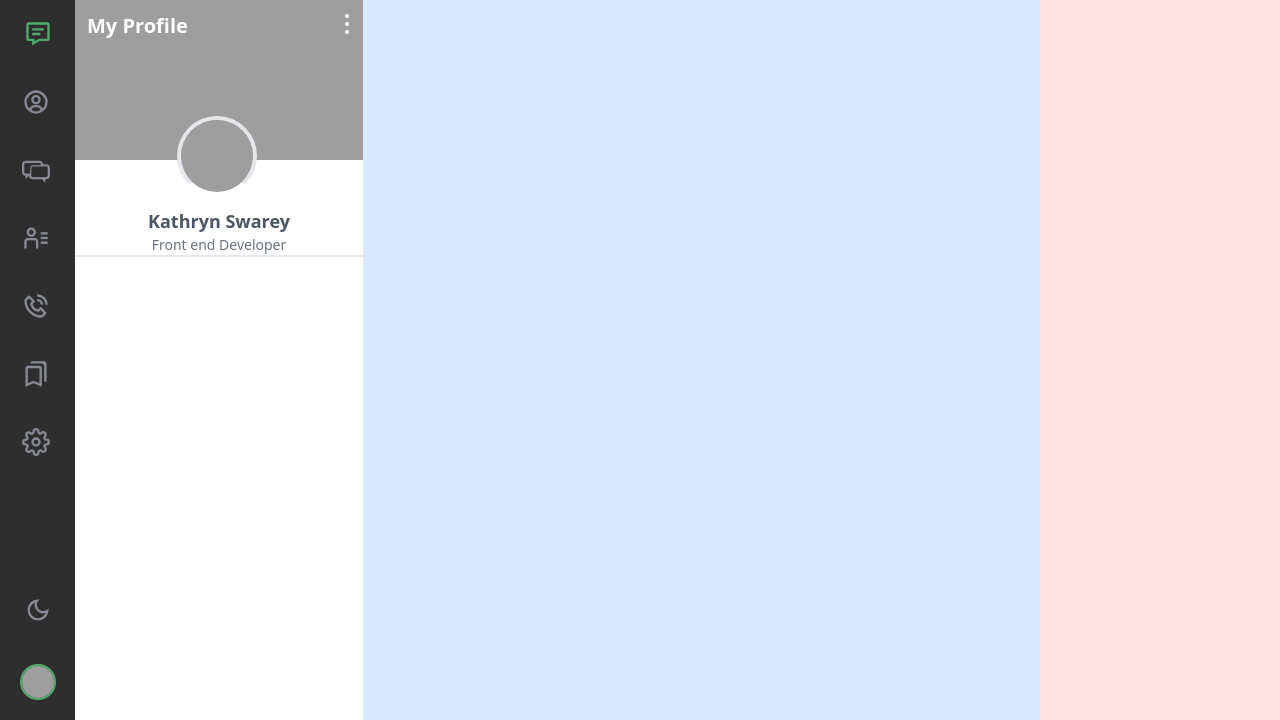
Repository: satya-ranjon/Chat-app
Page: /
An editor plug-in stored every save of this project. The page is shown before and after the next save, followed by the edit.
The browser window is 1280 px wide. The pictures show the whole page.
Pictures or frames that could not be fetched are drawn as grey boxes. The project was rebuilt for these pictures with package versions that can differ from the ones it lists, and the page was loaded fresh each time.

Above is the page before, as saved 2022-03-31 03:59:55.

### src/index.js
import * as ReactDOMClient from "react-dom/client";
import "./index.css";
import App from "./App";

const root = ReactDOMClient.createRoot(document.getElementById("root"));
root.render(<App />);

### src/App.jsx
import React from "react";
// import Chats from "./components/Chats/Chats";
import MyProfile from "./components/MyProfile/MyProfile";
import SideBarManu from "./components/SideBarManu";
import UserChat from "./components/UserChat";
import UserProfileSidebar from "./components/UserProfileSidebar";

export default function App() {
  return (
    <div className="flex">
      <SideBarManu />
      {/* <Chats /> */}
      <MyProfile />
      <UserChat />
      <UserProfileSidebar />
    </div>
  );
}

### src/components/MyProfile/MyProfile.jsx
import React from "react";
import UserImage from "../UserImage";
const Image =
  "https://img.freepik.com/free-photo/modern-living-room-interior-with-sofa-green-plants-lamp-table-dark-wall-background_41470-1528.jpg?w=996&t=st=1648676636~exp=1648677236~hmac=3f890077ce9371578c992216baf3e8f401b234873628a920daaf2d4174ff41ce";

export default function MyProfile() {
  return (
    <div className="sm:w-72 h-screen w-40 ">
      <div className="border-b-2">
        <div className="relative mb-12">
          <img src={Image} alt={Image} className="w-full h-40" />
          <UserImage className="w-16 h-16 sm:w-20 sm:h-20 rounded-full absolute sm:-bottom-9  -bottom-7 sm:right-[6.6rem]  right-12  border-4 border-b-white" />
          <p className=" absolute top-0 left-0 p-3 text-white font-semibold text-xl">
            My Profile
          </p>
          <div className="flex flex-col top-0 right-0 absolute p-3 cursor-pointer">
            <p className="bg-white w-1 h-1 rounded-full m-[2px]"></p>
            <p className="bg-white w-1 h-1 rounded-full m-[2px]"></p>
            <p className="bg-white w-1 h-1 rounded-full m-[2px]"></p>
          </div>
        </div>
        <p className="text-[18px] text-gray-600 text-center font-semibold">
          Kathryn Swarey
        </p>
        <p className="text-sm text-gray-500 text-center">Front end Developer</p>
      </div>
    </div>
  );
}

### src/components/SideBarManu.jsx
import React, { useState } from "react";
import { BiMessageDetail, BiUserCircle, BiPhoneCall } from "react-icons/bi";
import { TiMessages } from "react-icons/ti";
import { CgUserList } from "react-icons/cg";

import {
  MdOutlineBookmarks,
  MdOutlineDarkMode,
  MdOutlineLightMode,
} from "react-icons/md";
import { FiSettings } from "react-icons/fi";
import UserImage from "./UserImage";

export default function SideBarManu() {
  const [toggle, setToggle] = useState(true);
  return (
    <div className="w-[75px] h-screen bg-[#2e2e2e] flex flex-col justify-between">
      <div className="flex flex-col">
        <BiMessageDetail
          color="#4eac6d"
          className="text-center  m-5 cursor-pointer mx-auto "
          size={28}
        />
        <div
          className={` ${
            toggle ? `border-[#2e2e2e]` : `border-[#4eac6d]`
          } border-r-4 transition-all duration-200  `}
          onClick={() => setToggle((prev) => !prev)}
        >
          <BiUserCircle
            color={toggle ? `#878a92` : `#4eac6d`}
            className="text-center  m-5 cursor-pointer mx-auto   "
            size={28}
          />
        </div>
        <div className="border-r-4 border-[#2e2e2e] transition-all duration-200 ">
          <TiMessages
            color="#878a92"
            className="text-center  m-5 cursor-pointer mx-auto"
            size={28}
          />
        </div>
        <div className="border-r-4 border-[#2e2e2e] transition-all duration-200 ">
          <CgUserList
            color="#878a92"
            className="text-center  m-5 cursor-pointer mx-auto"
            size={28}
          />
        </div>
        <div className="border-r-4 border-[#2e2e2e] transition-all duration-200 ">
          <BiPhoneCall
            color="#878a92"
            className="text-center  m-5 cursor-pointer mx-auto"
            size={28}
          />
        </div>
        <div className="border-r-4 border-[#2e2e2e] transition-all duration-200 ">
          <MdOutlineBookmarks
            color="#878a92"
            className="text-center  m-5 cursor-pointer mx-auto"
            size={28}
          />
        </div>
        <div className="border-r-4 border-[#2e2e2e] transition-all duration-200 ">
          <FiSettings
            color="#878a92"
            className="text-center  m-5 cursor-pointer mx-auto"
            size={28}
          />
        </div>
      </div>
      <div className="flex flex-col">
        <MdOutlineDarkMode
          color="#878a92"
          className="text-center  m-5 cursor-pointer mx-auto"
          size={28}
        />
        {/* <MdOutlineLightMode
          color="#878a92"
          className="text-center  m-5 cursor-pointer mx-auto"
          size={28}
        /> */}
        <UserImage className="w-9 h-9 rounded-full mx-auto  m-5 border-2 border-[#4eac6d]" />
      </div>
    </div>
  );
}

### src/components/UserChat.jsx
import React from "react";

export default function UserChat() {
  return <div className="flex-grow h-screen bg-blue-100"></div>;
}

### src/components/UserProfileSidebar.jsx
import React from "react";

export default function UserProfileSidebar() {
  return <div className="w-60 h-screen bg-red-100"></div>;
}

### src/components/UserImage.jsx
import React from "react";

export default function UserImage({ className }) {
  return (
    <img
      className={className}
      src="https://media.istockphoto.com/photos/smiling-man-outdoors-in-the-city-picture-id1179420343"
      alt="profile pic"
    />
  );
}

Loaded but not shown: public/index.html (common file); src/index.css (common file); tailwind.config.js (common file)

After the next save:
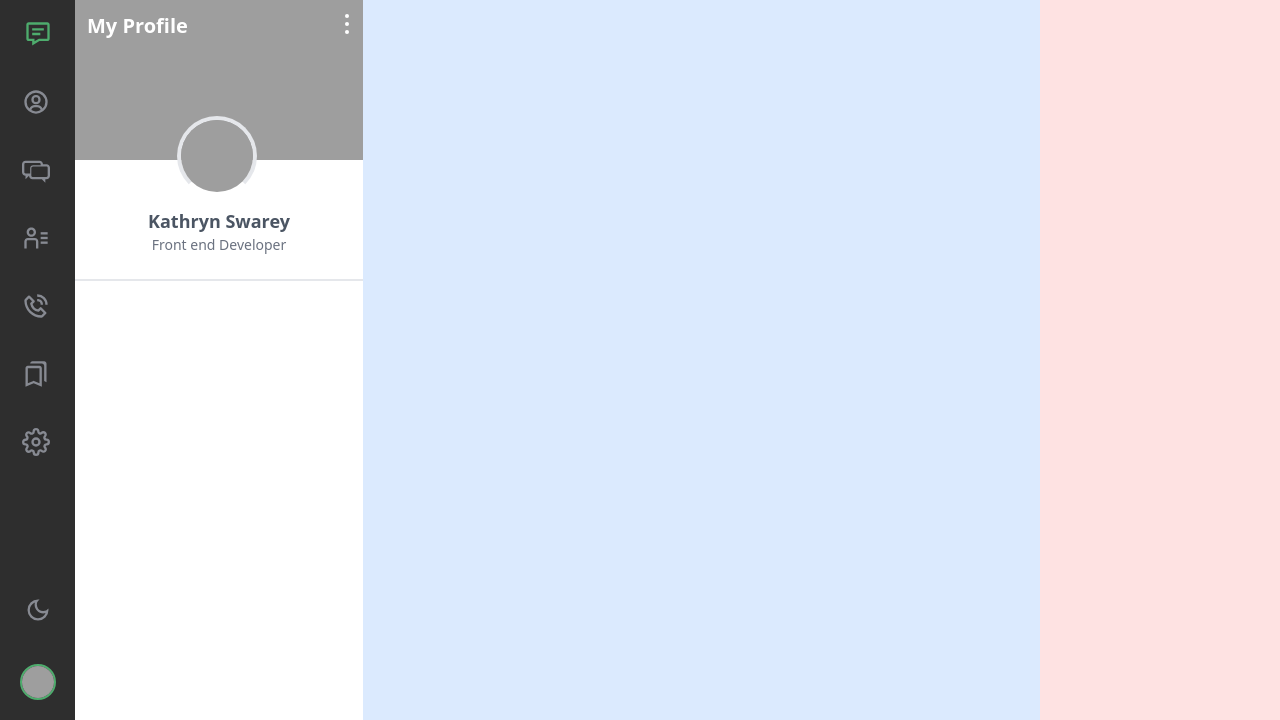
Saved 12 s later.
--- a/src/components/MyProfile/MyProfile.jsx
+++ b/src/components/MyProfile/MyProfile.jsx
@@ -6,7 +6,7 @@ const Image =
 export default function MyProfile() {
   return (
     <div className="sm:w-72 h-screen w-40 ">
-      <div className="border-b-2">
+      <div className="border-b-2 pb-6">
         <div className="relative mb-12">
           <img src={Image} alt={Image} className="w-full h-40" />
           <UserImage className="w-16 h-16 sm:w-20 sm:h-20 rounded-full absolute sm:-bottom-9  -bottom-7 sm:right-[6.6rem]  right-12  border-4 border-b-white" />
